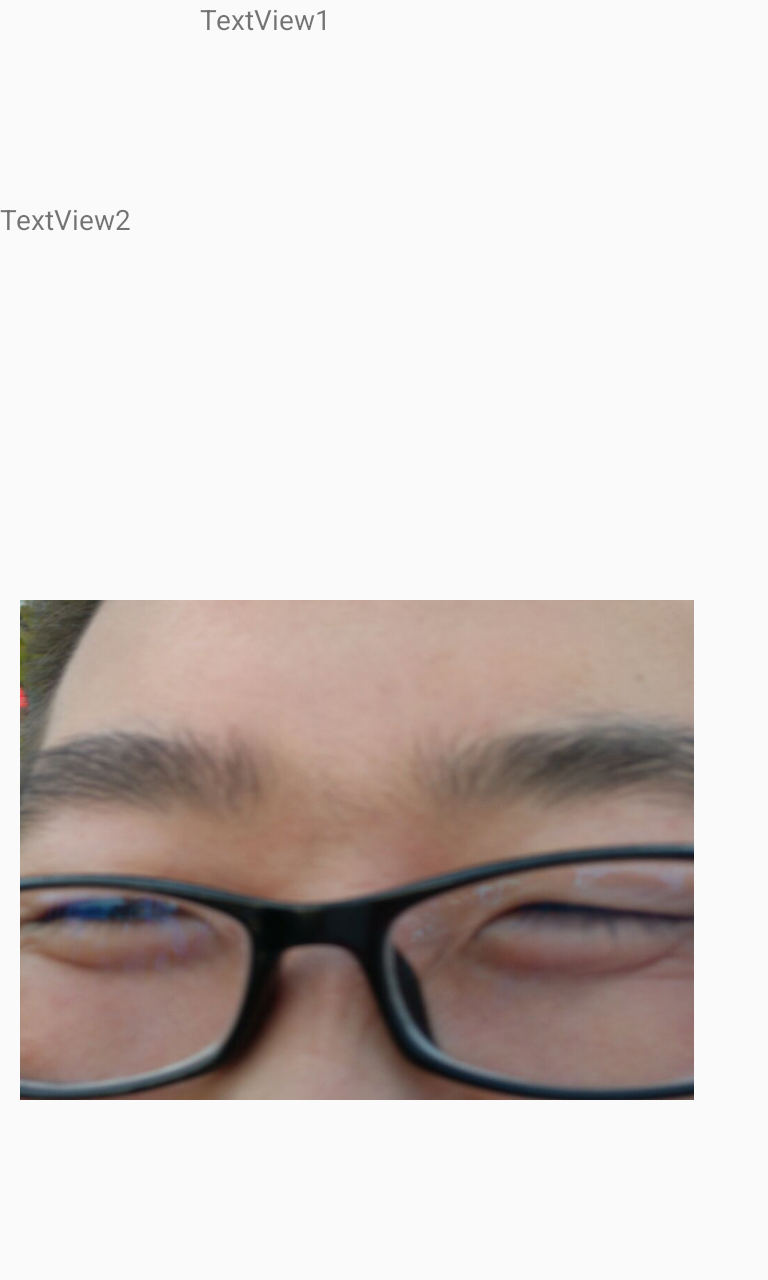
Repository: mjchow/qiuyi
Layout: demo1/res/layout/activity_main.xml
These files come from the project's save history. The layout is drawn as it stood at one moment and after the next save; the edit follows.
It is drawn on a 768 x 1280 px phone screen (xhdpi) without system bars, with theme AppTheme; the app's code is not run.

Above is the layout before, as saved 2014-12-25 16:02:52.

After the next save:
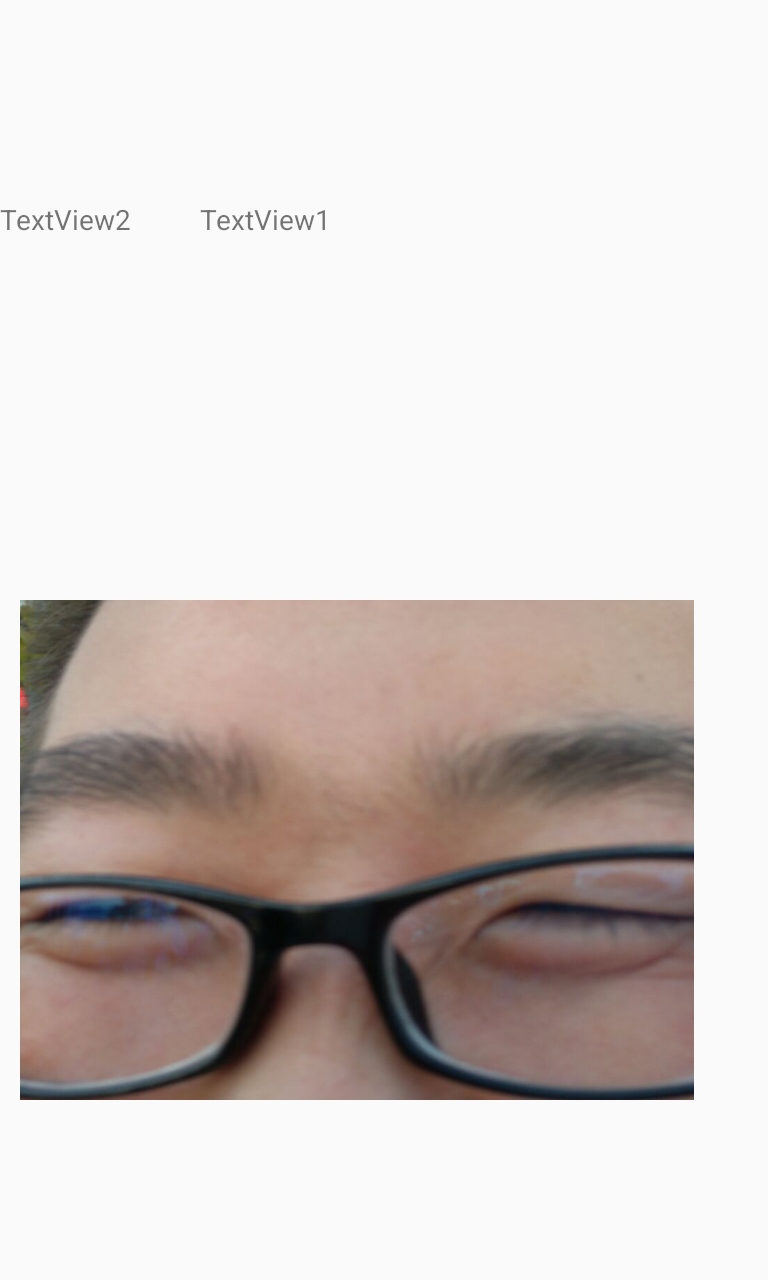
Saved 15 s later.
--- a/demo1/res/layout/activity_main.xml
+++ b/demo1/res/layout/activity_main.xml
@@ -19,6 +19,7 @@
         android:layout_width="wrap_content"
         android:layout_height="wrap_content"
         android:layout_marginLeft = "100dp"
+        android:layout_marginTop = "100dp"
         android:text="TextView1" />
 
     <TextView
